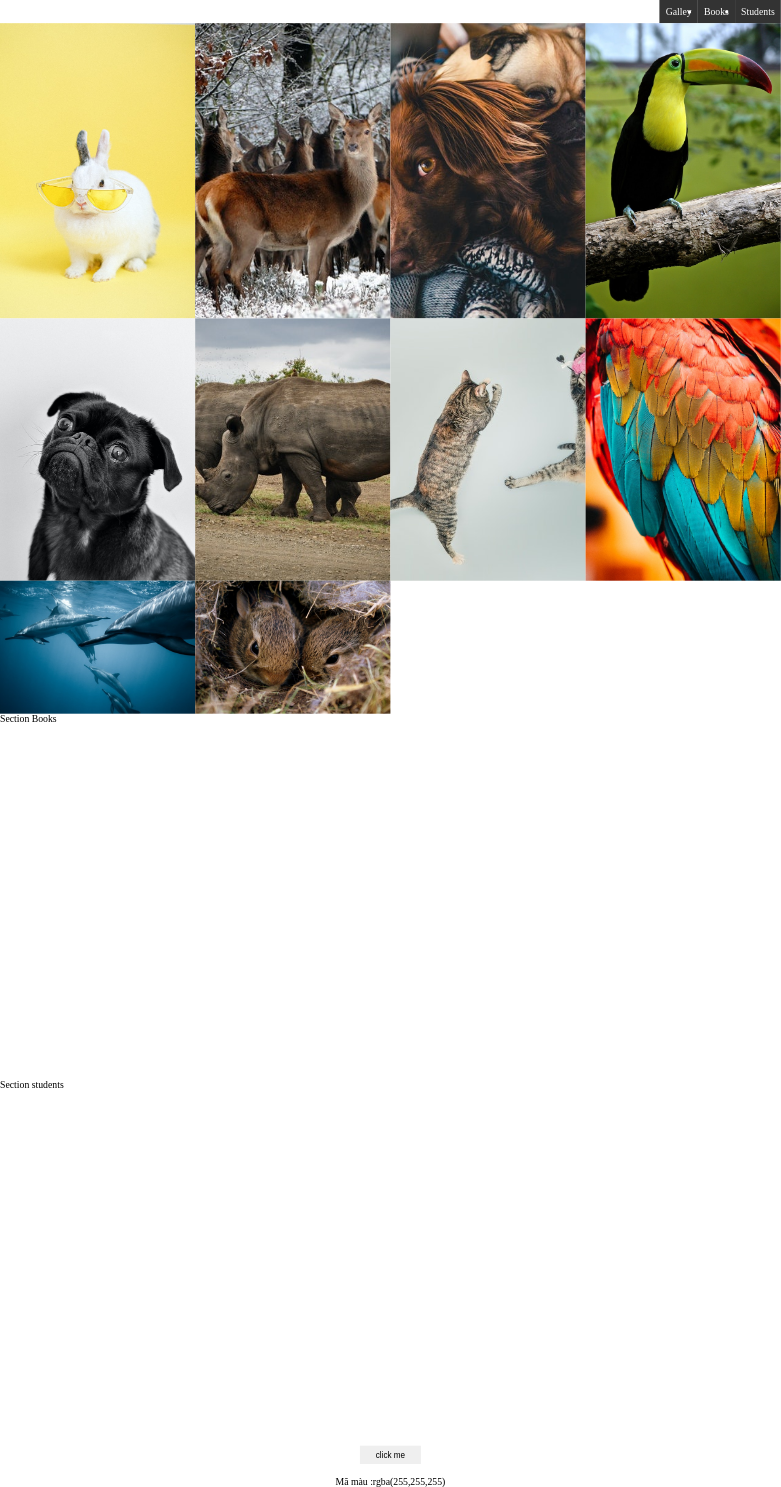
Repository: kuluong2000/homework-js-luongth
Page: homework-bai4/index.html
An editor plug-in stored every save of this project. The page is shown before and after the next save, followed by the edit.
The browser window is 1280 px wide. The pictures show the whole page, at 61% of full size.

Above is the page before, as saved 2021-10-15 22:05:06.

After the next save:
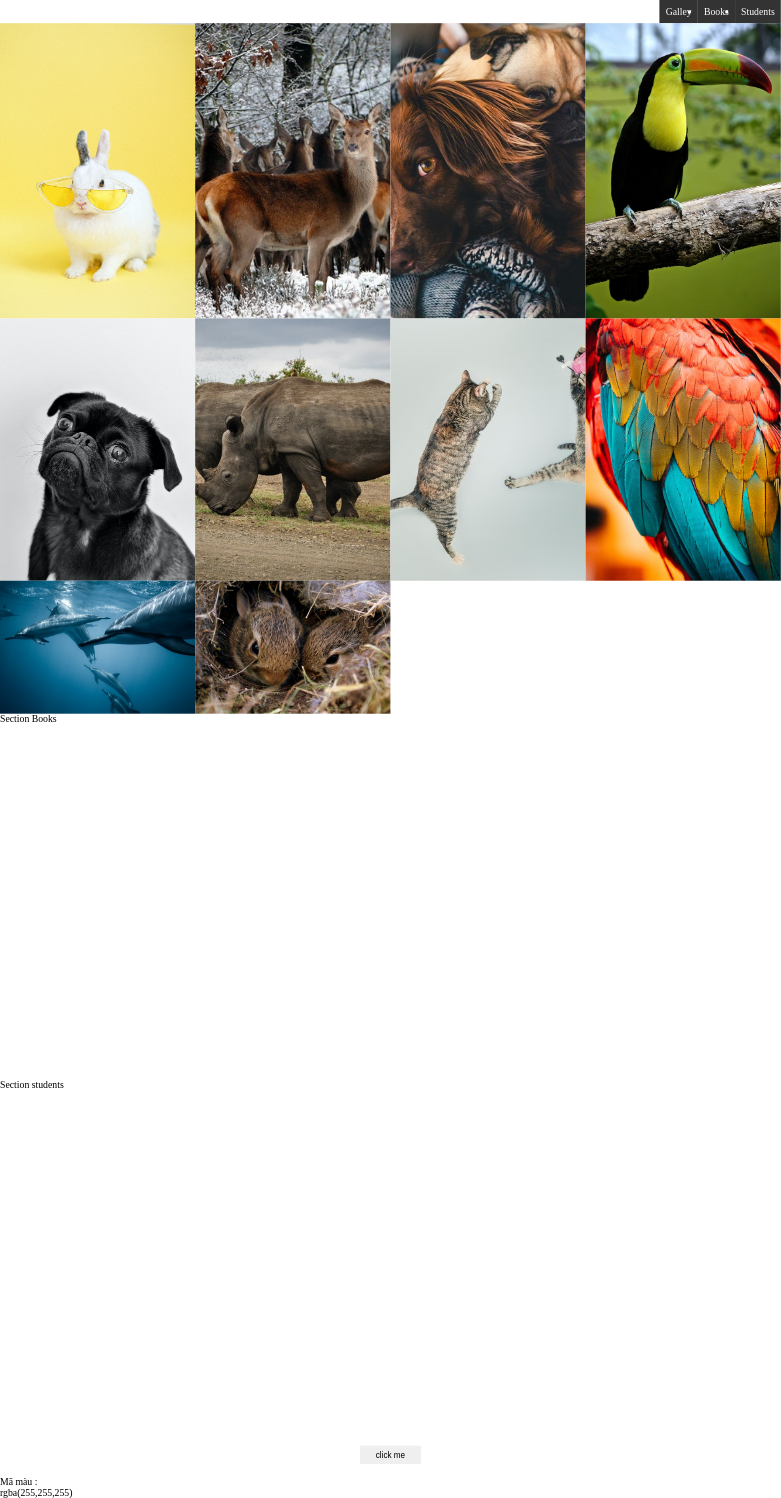
Saved 57 s later.
--- a/homework-bai4/index.html
+++ b/homework-bai4/index.html
@@ -73,7 +73,7 @@
     <div id="students" class="section-default">Section students</div>
     <section class="color">
       <button class="btn-color">click me</button>
-      <div class="text-color">
+      <div class="text">
         <p>Mã màu :</p>
         <span class="value-color">rgba(255,255,255)</span>
       </div>

After the save that followed:
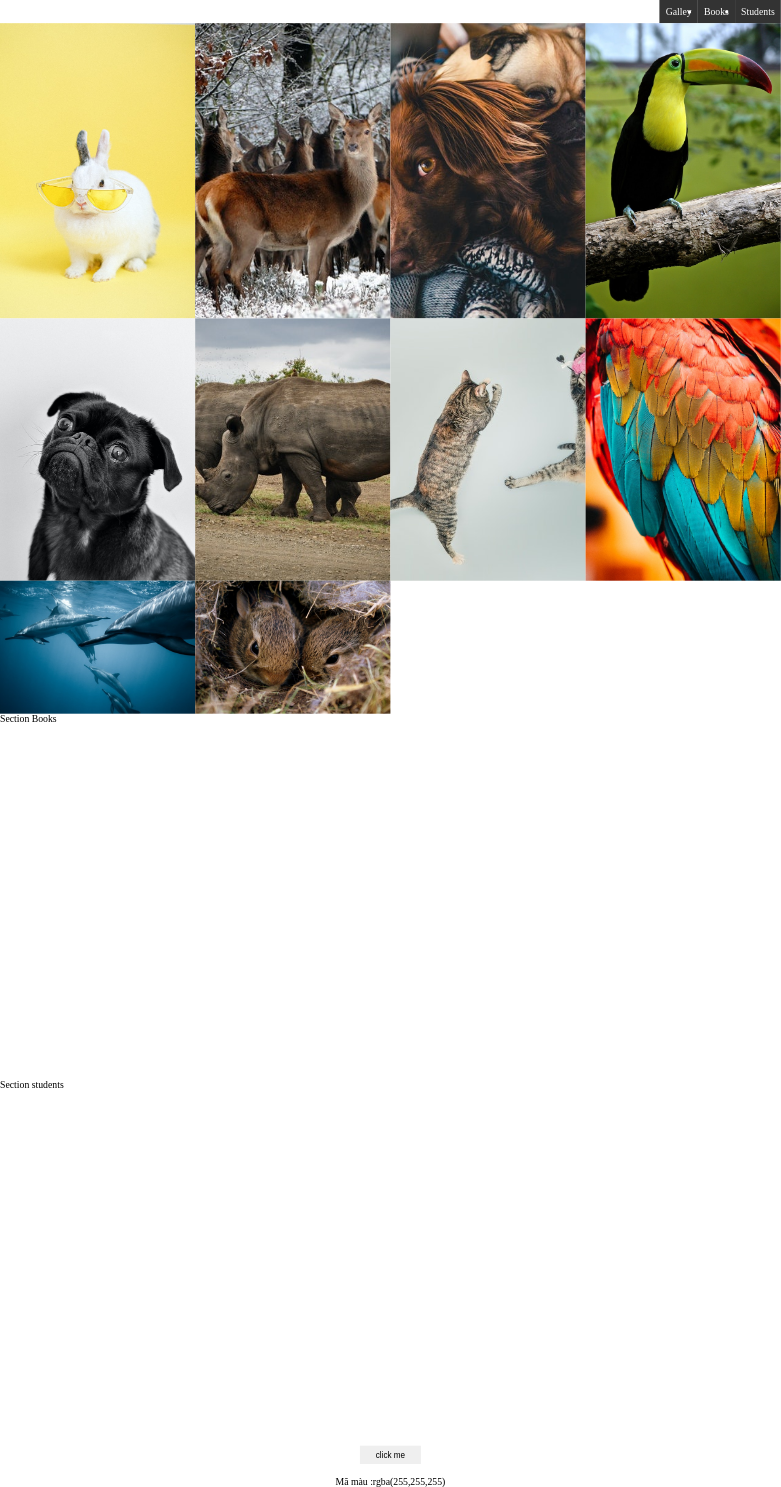
Saved 11 s later.
--- a/homework-bai4/style.css
+++ b/homework-bai4/style.css
@@ -81,7 +81,7 @@ html {
 .btn-color:hover {
   background-color: pink;
 }
-.text-color {
+.text {
   display: flex;
   justify-content: center;
 }
